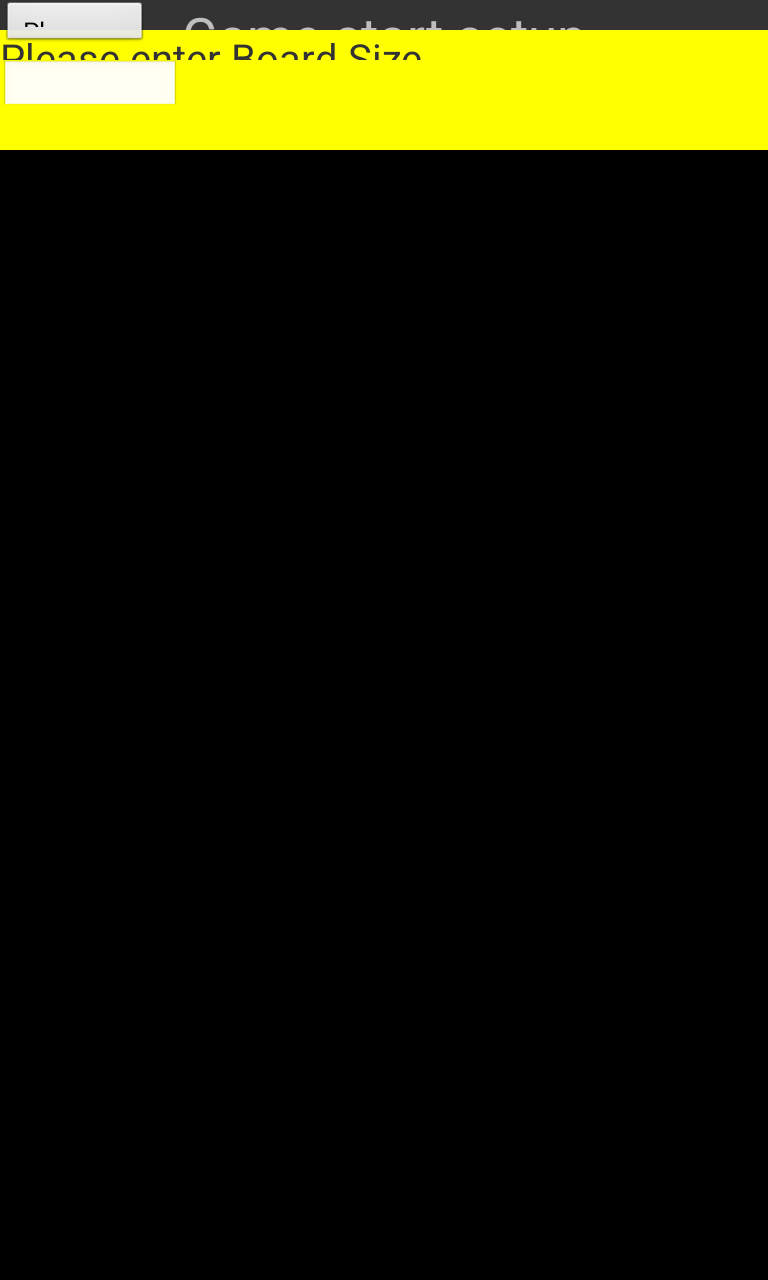
Repository: gulingithub/WeiChi
Layout: WeiChi/res/layout/welcome.xml
These files come from the project's save history. The layout is drawn as it stood at one moment and after the next save; the edit follows.
It is drawn on a 768 x 1280 px phone screen (xhdpi) without system bars, with theme android:Theme; the app's code is not run.

Above is the layout before, as saved 2009-10-26 19:05:58.

### WeiChi/res/layout/welcome.xml
<?xml version="1.0" encoding="utf-8"?>
<RelativeLayout
android:id="@+id/widget28"
android:layout_width="fill_parent"
android:layout_height="fill_parent"
xmlns:android="http://schemas.android.com/apk/res/android"
>

<LinearLayout
android:id="@+id/widget29"
android:layout_width="fill_parent"
android:layout_height="150px"
android:background="#ffffff00"
android:orientation="vertical"
android:layout_alignParentTop="true"
android:layout_alignParentLeft="true"
>
<TextView
android:id="@+id/textview"
android:layout_width="fill_parent"
android:layout_height="30px"
android:background="#ff333333"
android:text="Game start setup"
android:textSize="12pt"
android:gravity="center"
android:layout_gravity="center_vertical"
>
</TextView>
<TextView
android:id="@+id/board"
android:layout_width="fill_parent"
android:layout_height="30px"
android:text="Please enter Board Size"
android:textSize="9pt"
android:textColor="#ff333333"
android:gravity="left"
>
</TextView>
<EditText
android:id="@+id/boardsize"
android:layout_width="180px"
android:layout_height="50px"
android:textSize="18sp"
>
</EditText>
</LinearLayout>
<Button
android:id="@+id/computer"
android:layout_width="150px"
android:layout_height="50px"
android:text="Player vs Computer"
android:textSize="13sp"
android:layout_below="@+id/linearlayout"
android:layout_alignRight="@+id/linearlayout"
>
</Button>
<Button
android:id="@+id/player"
android:layout_width="150px"
android:layout_height="50px"
android:text="Play vs Player"
android:textSize="13sp"
android:gravity="center"
android:layout_below="@+id/linearlayout"
android:layout_toLeftOf="@+id/computer"



>
</Button>

</RelativeLayout>

After the next save:
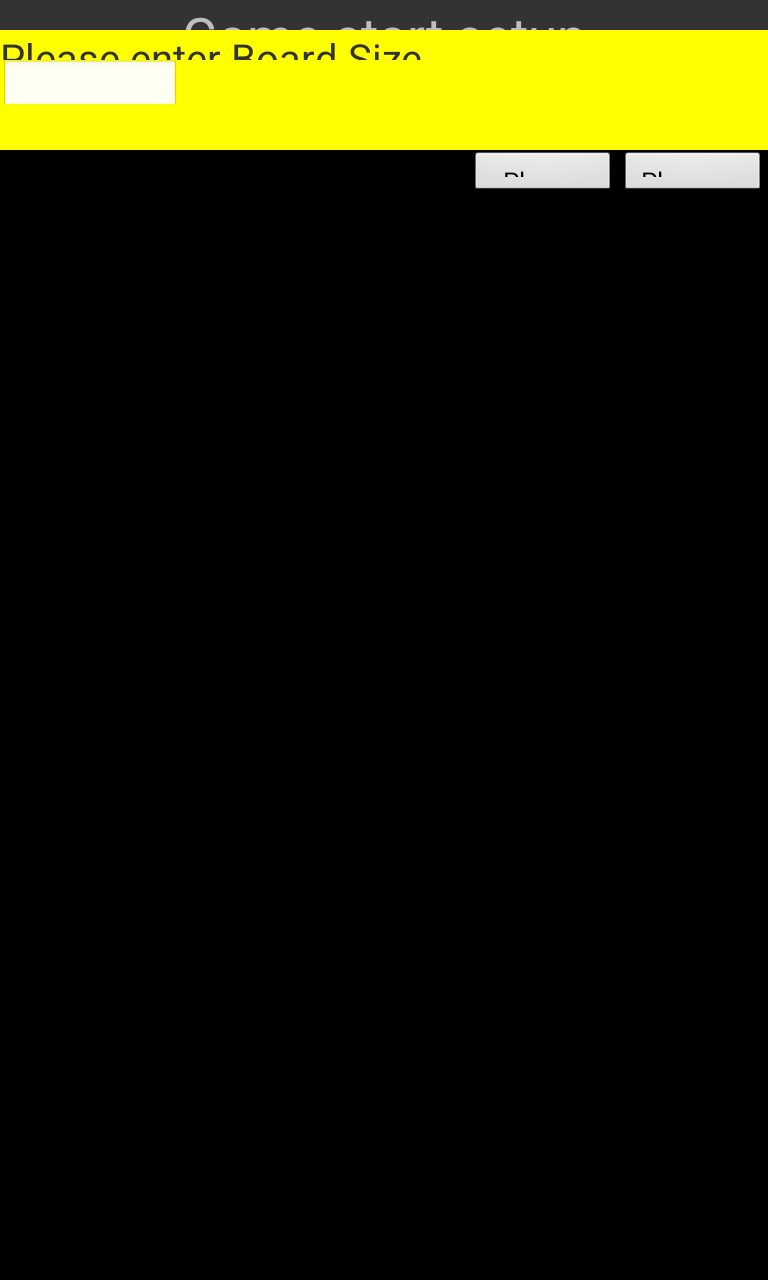
Saved 26 s later.
--- a/WeiChi/res/layout/welcome.xml
+++ b/WeiChi/res/layout/welcome.xml
@@ -7,7 +7,7 @@ xmlns:android="http://schemas.android.com/apk/res/android"
 >
 
 <LinearLayout
-android:id="@+id/widget29"
+android:id="@+id/linearlayout"
 android:layout_width="fill_parent"
 android:layout_height="150px"
 android:background="#ffffff00"
